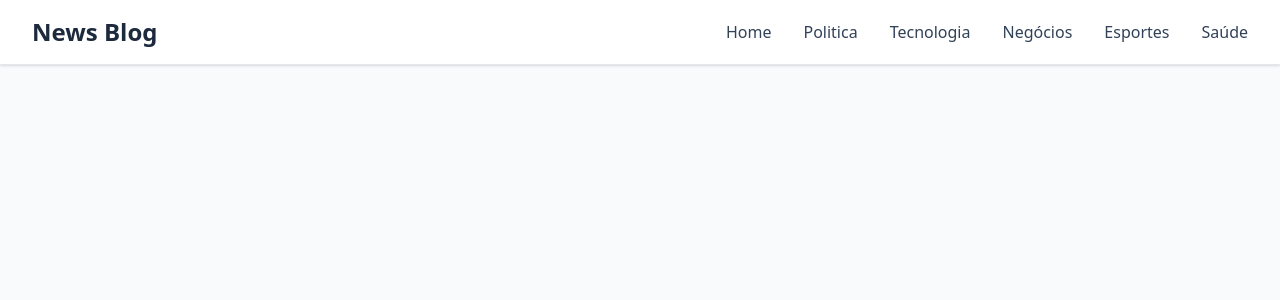
Repository: estevam02009/news-blog
Page: /
An editor plug-in stored every save of this project. The page is shown before and after the next save, followed by the edit.
The browser window is 1280 px wide. The pictures show the whole page.
The project was rebuilt for these pictures with package versions that can differ from the ones it lists, and the page was loaded fresh each time. Also part of the build but not shown: vite.config.ts.

Above is the page before, as saved 2025-08-08 16:57:23.

### index.html
<!doctype html>
<html lang="pt-BR">
  <head>
    <meta charset="UTF-8" />
    <link rel="icon" type="image/svg+xml" href="/vite.svg" />
    <meta name="viewport" content="width=device-width, initial-scale=1.0" />
    <title>News Blog</title>
  </head>
  <body>
    <div id="root"></div>
    <script type="module" src="/src/main.tsx"></script>
  </body>
</html>

### src/App.tsx
import Header from "./components/Header"

function App() {

  return (
    <div className="min-h-screen bg-gray-50">
      <Header />
    </div>
  )
}

export default App

### src/components/Header.tsx
import React from 'react'
// import { Search, Menu, Bell, User } from 'lucide-react'

const Header: React.FC = () => {
    return (
        <header className='bg-white shadow-sm border-b border-gray-200 sticky top-0 z-50'>
            <div className='max-w-7xl mx-auto px-4 sm:px-6 lg:px-8'>
                <div className='flex items-center justify-between h-16'>
                    {/* LOGO */}
                    <div className='flex items-center'>
                        <h1 className='text-2xl font-bold text-slate-800'>News Blog</h1>
                    </div>

                    {/* Desktop Navigation */}
                    <nav className='hidden md:flex items-center space-x-8'>
                        <a href='/' className='text-slate-700 hover:text-blue-600 font-medium transition-colors'>Home</a>
                        <a href='#' className='text-slate-700 hover:text-blue-600 font-medium transition-colors'>Politica</a>
                        <a href='#' className='text-slate-700 hover:text-blue-600 font-medium transition-colors'>Tecnologia</a>
                        <a href='#' className='text-slate-700 hover:text-blue-600 font-medium transition-colors'>Negócios</a>
                        <a href='#' className='text-slate-700 hover:text-blue-600 font-medium transition-colors'>Esportes</a>
                        <a href='#' className='text-slate-700 hover:text-blue-600 font-medium transition-colors'>Saúde</a>
                    </nav>

                    {/* Pesquisa e Ações */}
                </div>
            </div>
        </header>
    )
}

export default Header

Loaded but not shown: src/main.tsx (common file); src/index.css (common file)

After the next save:
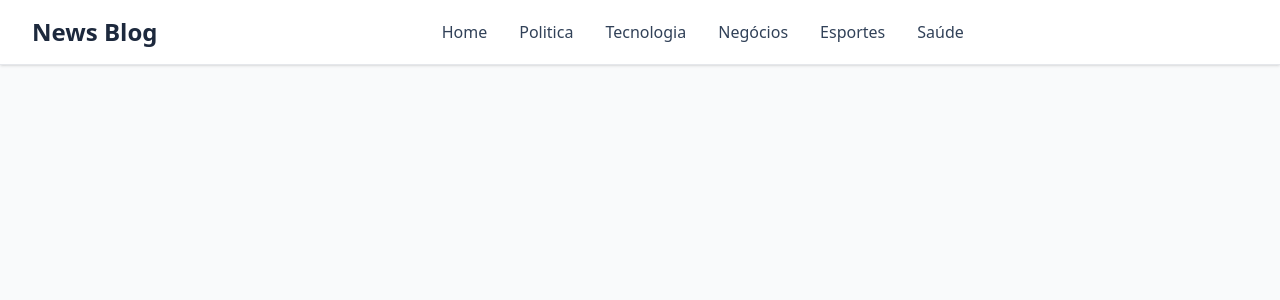
Saved 28 s later.
--- a/src/components/Header.tsx
+++ b/src/components/Header.tsx
@@ -22,6 +22,7 @@ const Header: React.FC = () => {
                     </nav>
 
                     {/* Pesquisa e Ações */}
+                    <div className='flex items-center space-x-4'></div>
                 </div>
             </div>
         </header>
